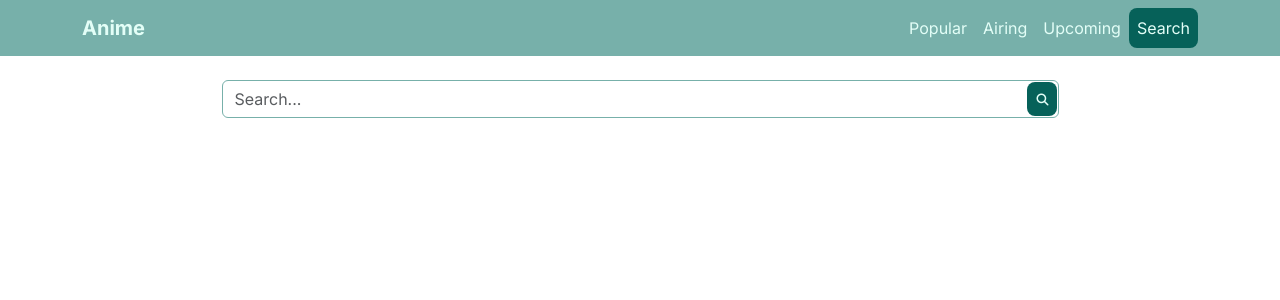
Repository: YomnaWegdan/anime
Page: /search
These files come from the project's save history. The page is drawn as it stood at one moment and after the next save; the edit follows.
The browser window is 1280 px wide. The pictures show the whole page.
The first visible `.form-control` has the focus.
The project was rebuilt for these pictures with package versions that can differ from the ones it lists, and the page was loaded fresh each time. The framework's server and built-in components were replaced by stand-ins that run in the browser. Also part of the build but not shown: next.config.mjs, src/app/animateCard/animateCard.jsx.

Above is the page before, as saved 2024-05-17 21:59:41.

After the next save:
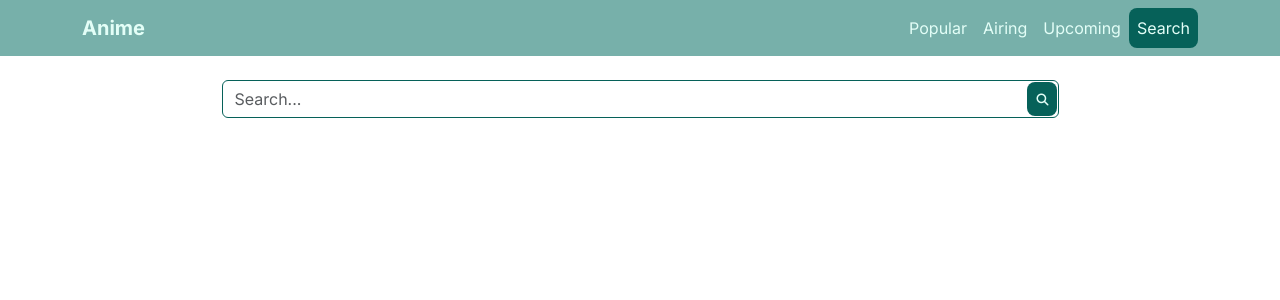
Saved 13 s later.
--- a/src/app/globals.css
+++ b/src/app/globals.css
@@ -158,6 +158,6 @@ a {
 
 }
 .form-control:focus {
-  border-color: #77B0AA;
+  border-color: #066159;
   box-shadow: none;
 }
